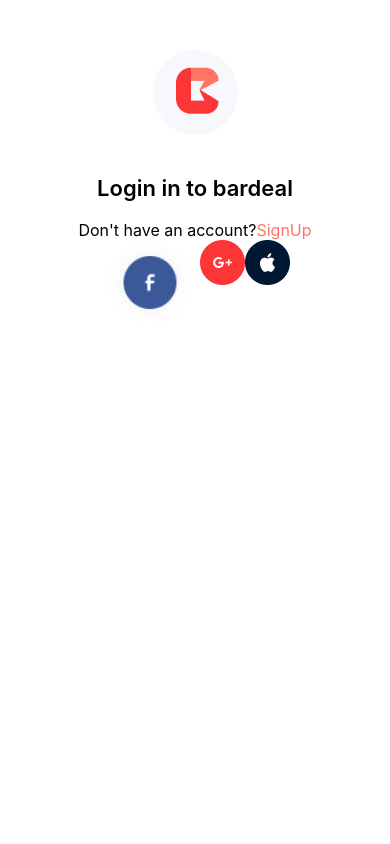
Repository: krunallogisticinfotech/bardealapp-clone
Screen: /
The author's editor kept a copy of each file at every save. The screen is drawn from the files as they stood at one save, then again after a run of saves.
The app was drawn by React Native's web renderer in a window 390 px wide. The project was rebuilt for these pictures with package versions that can differ from the ones it lists, and the page was loaded fresh each time.

Above is the screen before, as saved 2021-10-21 18:11:19.

### App.js
import React from 'react';
import Loginscreen from './screens/Loginscreen';

const App = () => {
  return (
    <>
      <Loginscreen />
    </>
  );
};

export default App;

### screens/Loginscreen.js
import React from 'react';
import {Text, View, SafeAreaView, Image, StyleSheet} from 'react-native';
import Logo from '../assets/Logo.png';
import FacebookIcon from '../assets/Facebook.png';
import GoogleIcon from '../assets/Google.png';
import AppleIcon from '../assets/Apple.png';

const Loginscreen = () => {
  return (
    <SafeAreaView>
      <View style={styles.container}>
        <Image style={styles.applogo} source={Logo} />
        <Text style={styles.logoHeading}>Login in to bardeal</Text>
        <Text style={styles.accountText}>
          Don't have an account?
          <Text onPress={console.log('Singup')} style={styles.signupText}>
            SignUp
          </Text>
        </Text>
        <View style={styles.socialIconContainer}>
          <Image style={styles.FacebookIcon} source={FacebookIcon} />
          <Image style={styles.GoogleIcon} source={GoogleIcon} />
          <Image style={styles.AppleIcon} source={AppleIcon} />
        </View>
      </View>
    </SafeAreaView>
  );
};

const styles = StyleSheet.create({
  container: {
    flex: 1,
    alignItems: 'center',
  },
  applogo: {
    marginTop: 50,
  },
  logoHeading: {
    fontSize: 22,
    height: 25,
    fontWeight: '600',
    marginTop: 40,
  },
  accountText: {
    fontSize: 16,
    height: 20,
    marginTop: 20,
  },
  signupText: {
    color: '#FF7465',
    height: 20,
  },
  socialIconContainer:{
    flex: 3,
    flexDirection:'row',
  },
  FacebookIcon:{
    width: 100,
  },
  GoogleIcon:{

  }

});

export default Loginscreen;

After the next 3 saves:
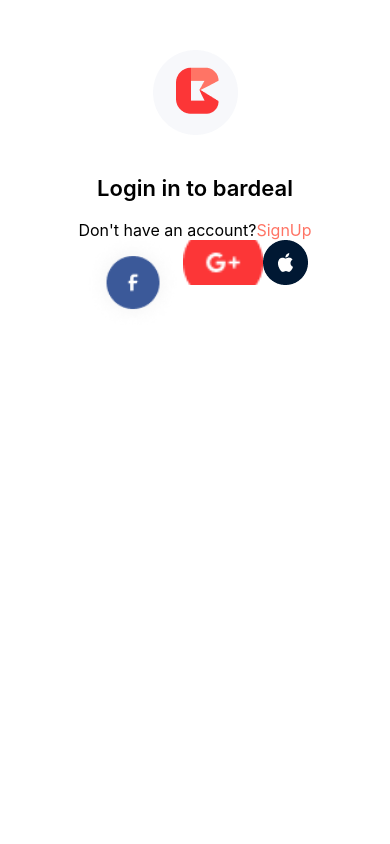
The 3 saves are shown as one change because they came seconds apart.
The last was saved 10 s later.
--- a/screens/Loginscreen.js
+++ b/screens/Loginscreen.js
@@ -58,7 +58,7 @@
     width: 100,
   },
   GoogleIcon:{
-
+    width: 80,
   }
 
 });
